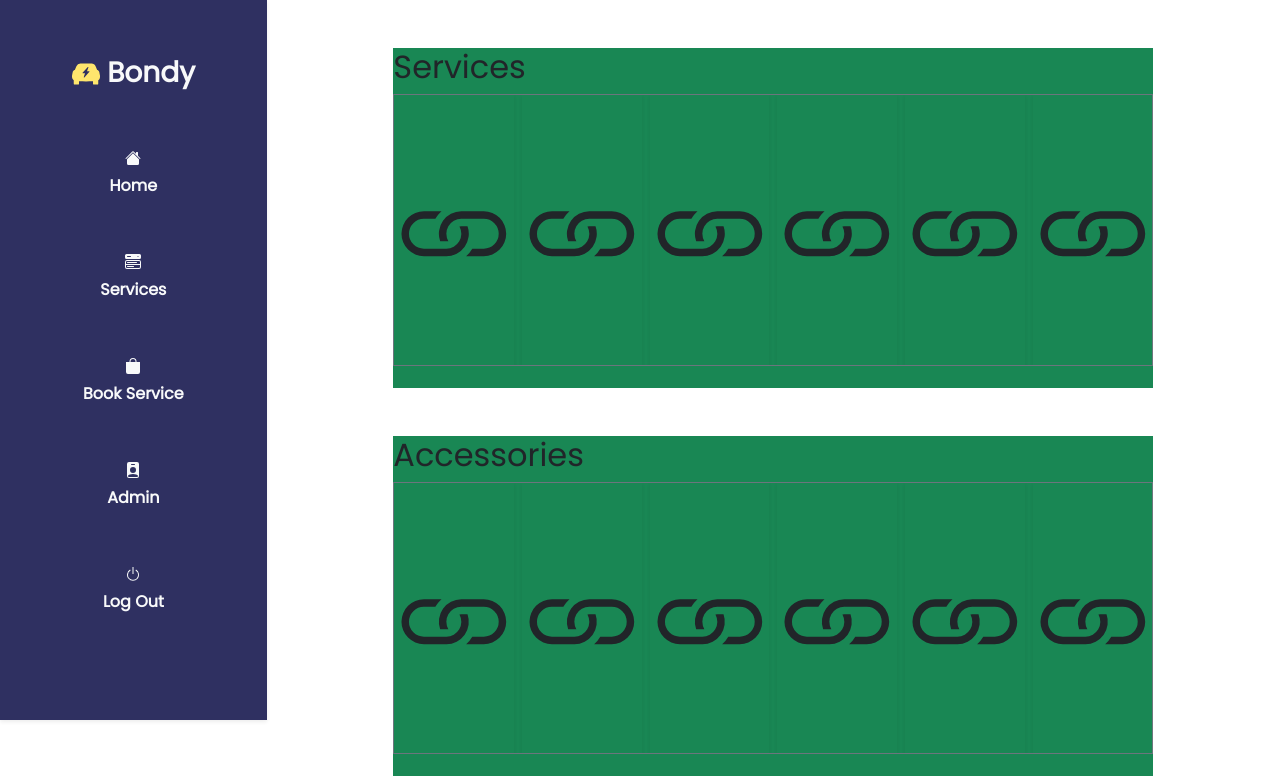
Repository: duzzisantos/bondy
Page: /
The author's editor kept a copy of each file at every save. The page is drawn from the files as they stood at one save, then again after the next save.
The browser window is 1280 px wide. The pictures show the whole page.
Some web libraries are served in a nearby version. The project was rebuilt for these pictures with package versions that can differ from the ones it lists, and the page was loaded fresh each time.

Above is the page before, as saved 2023-06-18 00:30:11.

### public/index.html
<!DOCTYPE html>
<html lang="en">
  <head>
    <meta charset="utf-8" />
    <link rel="icon" href="%PUBLIC_URL%/favicon.ico" />
    <meta name="viewport" content="width=device-width, initial-scale=1" />
    <meta name="theme-color" content="#000000" />
    <meta
      name="description"
      content="Web site created using create-react-app"
    />
    <link rel="apple-touch-icon" href="%PUBLIC_URL%/logo192.png" />
    <!-- Option 1: Include in HTML -->
    <link
      rel="stylesheet"
      href="https://cdn.jsdelivr.net/npm/bootstrap-icons@1.3.0/font/bootstrap-icons.css"
    />
    <link rel="preconnect" href="https://fonts.googleapis.com" />
    <link rel="preconnect" href="https://fonts.gstatic.com" crossorigin />
    <!--
      manifest.json provides metadata used when your web app is installed on a
      user's mobile device or desktop. See https://developers.google.com/web/fundamentals/web-app-manifest/
    -->
    <link rel="manifest" href="%PUBLIC_URL%/manifest.json" />
    <!--
      Notice the use of %PUBLIC_URL% in the tags above.
      It will be replaced with the URL of the `public` folder during the build.
      Only files inside the `public` folder can be referenced from the HTML.

      Unlike "/favicon.ico" or "favicon.ico", "%PUBLIC_URL%/favicon.ico" will
      work correctly both with client-side routing and a non-root public URL.
      Learn how to configure a non-root public URL by running `npm run build`.
    -->
    <title>React App</title>
  </head>
  <body>
    <noscript>You need to enable JavaScript to run this app.</noscript>
    <div id="root"></div>
    <!--
      This HTML file is a template.
      If you open it directly in the browser, you will see an empty page.

      You can add webfonts, meta tags, or analytics to this file.
      The build step will place the bundled scripts into the <body> tag.

      To begin the development, run `npm start` or `yarn start`.
      To create a production bundle, use `npm run build` or `yarn build`.
    -->
  </body>
</html>

### src/index.js
import React from "react";
import ReactDOM from "react-dom/client";
import "./index.css";
import App from "./App";
import "bootstrap/dist/css/bootstrap.min.css";
import { BrowserRouter as Router } from "react-router-dom";

const root = ReactDOM.createRoot(document.getElementById("root"));
root.render(
  <React.StrictMode>
    <Router>
      <App />
    </Router>
  </React.StrictMode>
);

### src/App.js
import "./App.css";
import "bootstrap";
import SideBar from "./components/Navigation/SideBar";
import { Routes, Route } from "react-router-dom";
import LandingPage from "./views/LandingPage";
function App() {
  return (
    <div className="App d-flex flex-row flex-nowrap">
      <SideBar />
      <Routes>
        <Route path="/" element={<LandingPage />} />
        <Route path="/home" element={<LandingPage />} />
      </Routes>
    </div>
  );
}

export default App;

### src/App.css
@import url("https://fonts.googleapis.com/css2?family=Cabin&family=Montserrat:wght@200&family=Poppins&display=swap");

* {
  font-family: "Poppins", sans-serif;
}
.App {
  text-align: center;
}

.custom-color {
  color: #2f3061 !important;
}

.custom-bg-color {
  background-color: #2f3061;
}

### src/components/Navigation/SideBar.tsx
import React, { FunctionComponent } from "react";
import "react-bootstrap";
import "../../App.css";
import "./Navigation.scss";
import { Link } from "react-router-dom";
import {
  HouseFill,
  BagFill,
  PersonBadgeFill,
  Power,
  EvFrontFill,
  MenuButtonWideFill,
} from "react-bootstrap-icons";

const commonLinkClasses =
  "d-flex flex-column justify-content-center align-items-center p-1 gap-2 text-light text-decoration-none fw-bold";
const SideBar: FunctionComponent = () => {
  return (
    <div className="col-2 vh-100 custom-bg-color shadow-sm p-5 text-light d-flex flex-column vstack gap-5">
      <Link to={"/"} className={commonLinkClasses + " fs-3"}>
        <span>
          <EvFrontFill className="brand-icon-color" /> Bondy
        </span>
      </Link>
      <Link to={"/home"} className={commonLinkClasses}>
        <HouseFill />
        Home
      </Link>

      <Link to={"/services"} className={commonLinkClasses}>
        <MenuButtonWideFill />
        Services
      </Link>

      <Link to={"/book-service"} className={commonLinkClasses}>
        <BagFill />
        Book Service
      </Link>

      <Link to={"/admin"} className={commonLinkClasses}>
        <PersonBadgeFill />
        Admin
      </Link>

      <Link to={"/logout"} className={commonLinkClasses}>
        <Power />
        Log Out
      </Link>
    </div>
  );
};

export default SideBar;

### src/views/LandingPage.tsx
import React, { FunctionComponent } from "react";
import "../components/Home/LandingPage.scss";
import LandingPageScrollContainer from "src/components/Home/LandingPageScrollContainer";
import { servicesList } from "src/components/Home/landingPageContent";

const LandingPage: FunctionComponent = () => {
  const handleClick = () => {
    console.log("This was clicked");
  };
  return (
    <div className="col-lg-9 pt-5 vstack gap-5 d-flex flex-column align-items-center">
      <LandingPageScrollContainer
        content={servicesList}
        category="Services"
        handleClick={handleClick}
      />
      <LandingPageScrollContainer
        content={servicesList}
        category="Accessories"
        handleClick={handleClick}
      />
    </div>
  );
};

export default LandingPage;

### src/components/Navigation/Navigation.scss
.brand-icon-color {
  color: #ffe66d !important;
}

### src/components/Home/LandingPage.scss
.scroll-container-fixed {
  position: fixed !important;
}

.scroll-container-size {
  height: 340px !important;
}

.service-card {
  height: 270px !important;
}

### src/components/Home/LandingPageScrollContainer.tsx
import { CardHeader } from "@mui/material";
import React, { FunctionComponent } from "react";
import "../../App.css";
import { Card } from "react-bootstrap";
import { Link } from "react-bootstrap-icons";

interface ScrollContainerProps {
  content: any[];
  category: string;
  handleClick: any;
}
const LandingPageScrollContainer: FunctionComponent<ScrollContainerProps> = ({
  content,
  category,
  handleClick,
}) => {
  return (
    <section className="col-9 bg-success scroll-container-size">
      <h2 className="text-start">{category}</h2>
      <div className="overflow-x-scroll d-flex flex-row hstack gap-2 border border-secondary">
        {content.map((element, index) => (
          <Link
            to={`/services/${category}`}
            key={index}
            className="text-decoration-none w-50 service-card shadow-sm"
            onClick={handleClick}
          >
            <Card>
              <CardHeader>{element.category}</CardHeader>
              <Card.Body>{element.icon}</Card.Body>
            </Card>
          </Link>
        ))}
      </div>
    </section>
  );
};

export default LandingPageScrollContainer;

### src/components/Home/landingPageContent.tsx
import React from "react";
import {
  Gear,
  GearWideConnected,
  WrenchAdjustableCircleFill,
  Fan,
  DropletHalf,
  CarFrontFill,
} from "react-bootstrap-icons";
export const servicesList = [
  {
    id: 1,
    category: "Suspension Systems",
    icon: <Gear />,
  },
  {
    id: 2,
    category: "Brake Service",
    icon: <GearWideConnected />,
  },
  {
    id: 3,
    category: "Wheel Service",
    icon: <WrenchAdjustableCircleFill />,
  },
  {
    id: 4,
    category: "Airconditioning & Heating",
    icon: <Fan />,
  },
  {
    id: 5,
    category: "Oil Change",
    icon: <DropletHalf />,
  },
  {
    id: 6,
    category: "Body Work",
    icon: <CarFrontFill />,
  },
];

Loaded but not shown: src/index.css (common file)

After the next save:
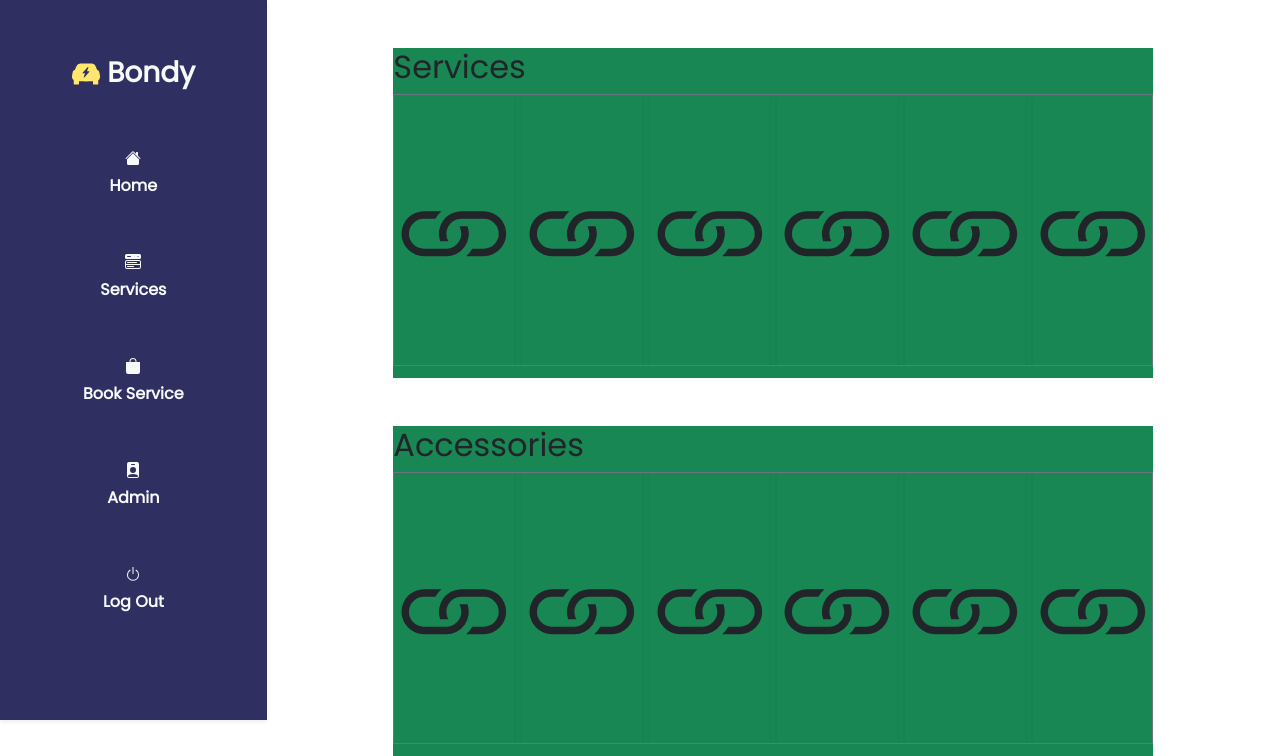
Saved 8 s later.
--- a/src/components/Home/LandingPage.scss
+++ b/src/components/Home/LandingPage.scss
@@ -3,7 +3,7 @@
 }
 
 .scroll-container-size {
-  height: 340px !important;
+  height: 330px !important;
 }
 
 .service-card {
